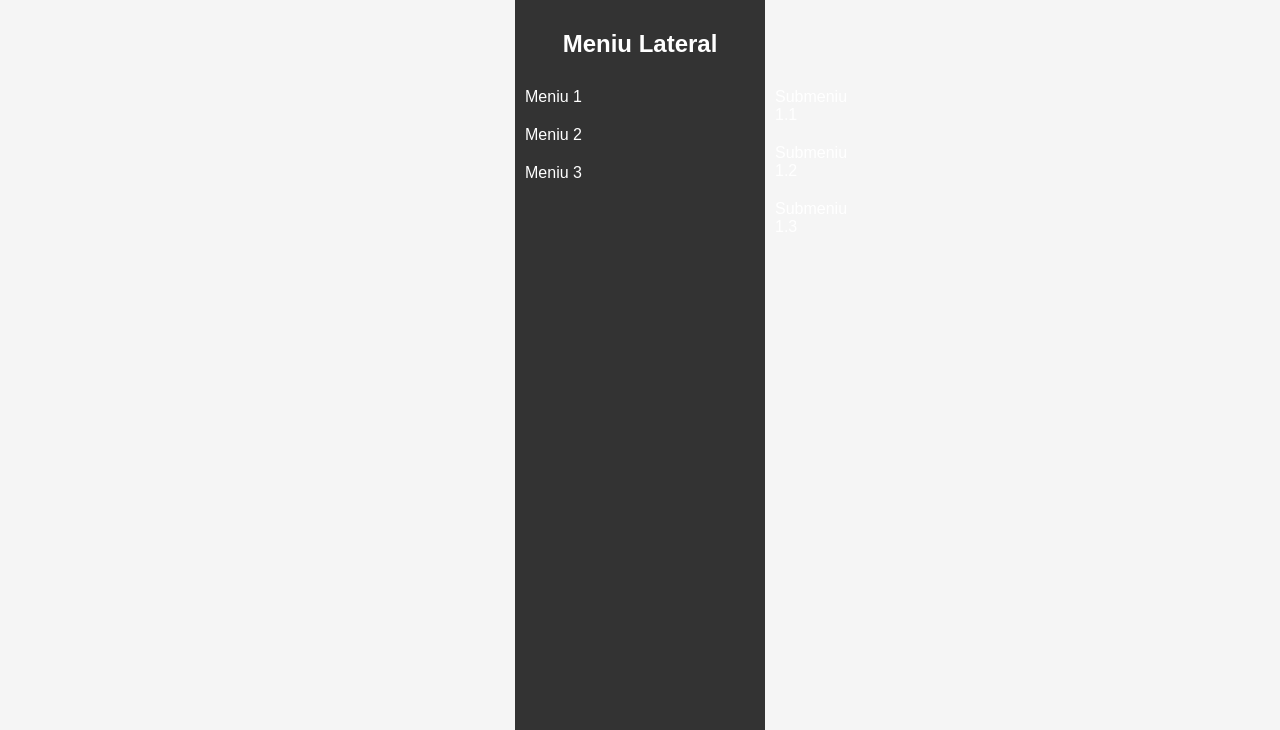
Repository: cipdanila/freeCodeCamp
Page: TechnicalDocumentationPage/test/index.html
These files come from the project's save history. The page is drawn as it stood at one moment and after the next save; the edit follows.
The browser window is 1280 px wide. The pictures show the whole page.
The pointer rests on the first visible `.sidebar li`.

Above is the page before, as saved 2023-11-09 17:12:39.

### TechnicalDocumentationPage/test/index.html
<!DOCTYPE html>
<html lang="en">
<head>
    <meta charset="UTF-8">
    <meta name="viewport" content="width=device-width, initial-scale=1.0">
    <title>Meniu Lateral cu Dropdown</title>
    <link rel="stylesheet" href="style.css">
</head>
<body>
    <div class="sidebar">
        <h2>Meniu Lateral</h2>
        <ul>
            <li><a href="#">Meniu 1</a>
                <ul class="submenu">
                    <li><a href="#">Submeniu 1.1</a></li>
                    <li><a href="#">Submeniu 1.2</a></li>
                    <li><a href="#">Submeniu 1.3</a></li>
                </ul>
            </li>
            <li><a href="#">Meniu 2</a>
                <ul class="submenu">
                    <li><a href="#">Submeniu 2.1</a></li>
                    <li><a href="#">Submeniu 2.2</a></li>
                    <li><a href="#">Submeniu 2.3</a></li>
                </ul>
            </li>
            <li><a href="#">Meniu 3</a>
                <ul class="submenu">
                    <li><a href="#">Submeniu 3.1</a></li>
                    <li><a href="#">Submeniu 3.2</a></li>
                    <li><a href="#">Submeniu 3.3</a></li>
                </ul>
            </li>
        </ul>
    </div>
</body>
</html>

### TechnicalDocumentationPage/test/style.css
body {
    font-family: Arial, sans-serif;
    margin: 0;
    display: flex;
    justify-content: center;
    align-items: center;
    height: 100vh;
    background-color: #f5f5f5;
}

.sidebar {
    background-color: #333;
    color: #fff;
    width: 250px;
    height: 100%;
    padding-top: 20px;
}

.sidebar h2 {
    text-align: center;
}

.sidebar ul {
    list-style-type: none;
    padding: 0;
}

.sidebar li {
    padding: 10px;
    position: relative;
}

.sidebar a {
    color: #fff;
    text-decoration: none;
}

.submenu {
    display: none;
    position: absolute;
    left: 100%;
    top: 0;
}

.sidebar li:hover .submenu {
    display: block;
}

After the next save:
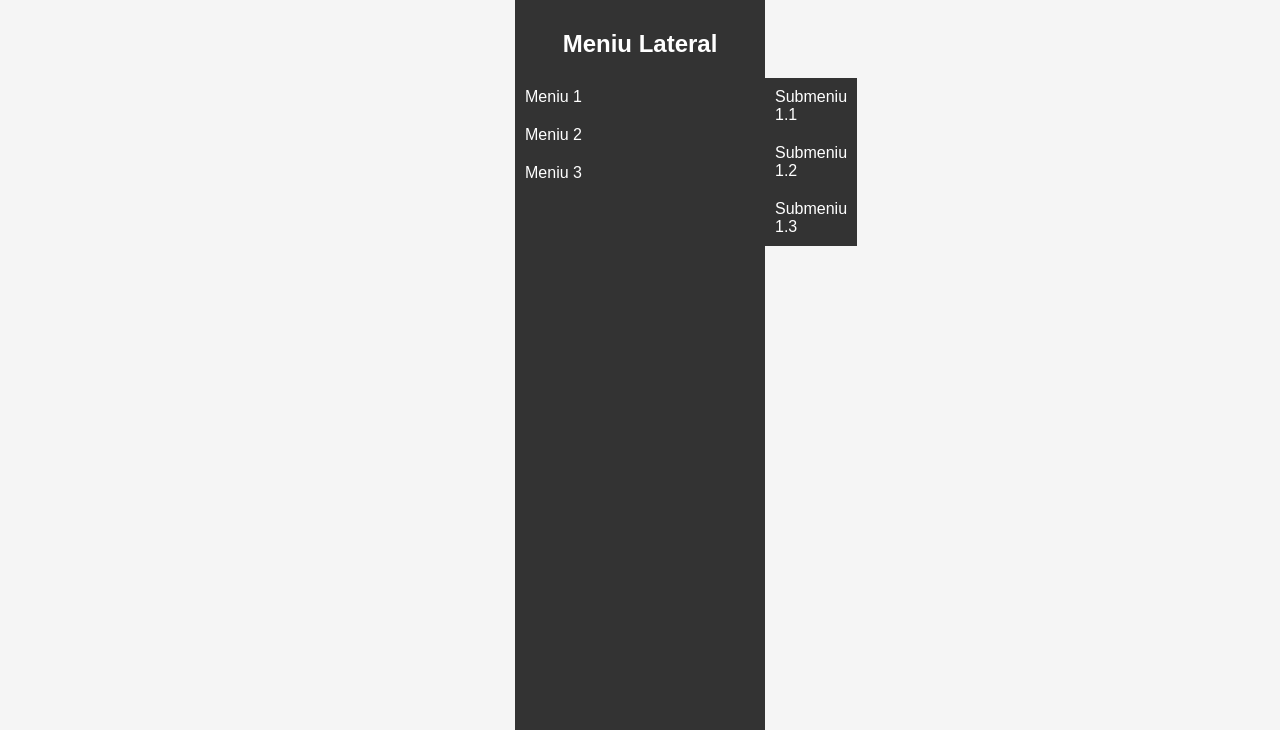
Saved 38 s later.
--- a/TechnicalDocumentationPage/test/style.css
+++ b/TechnicalDocumentationPage/test/style.css
@@ -44,4 +44,5 @@
 
 .sidebar li:hover .submenu {
     display: block;
+    background-color: #333;
 }
